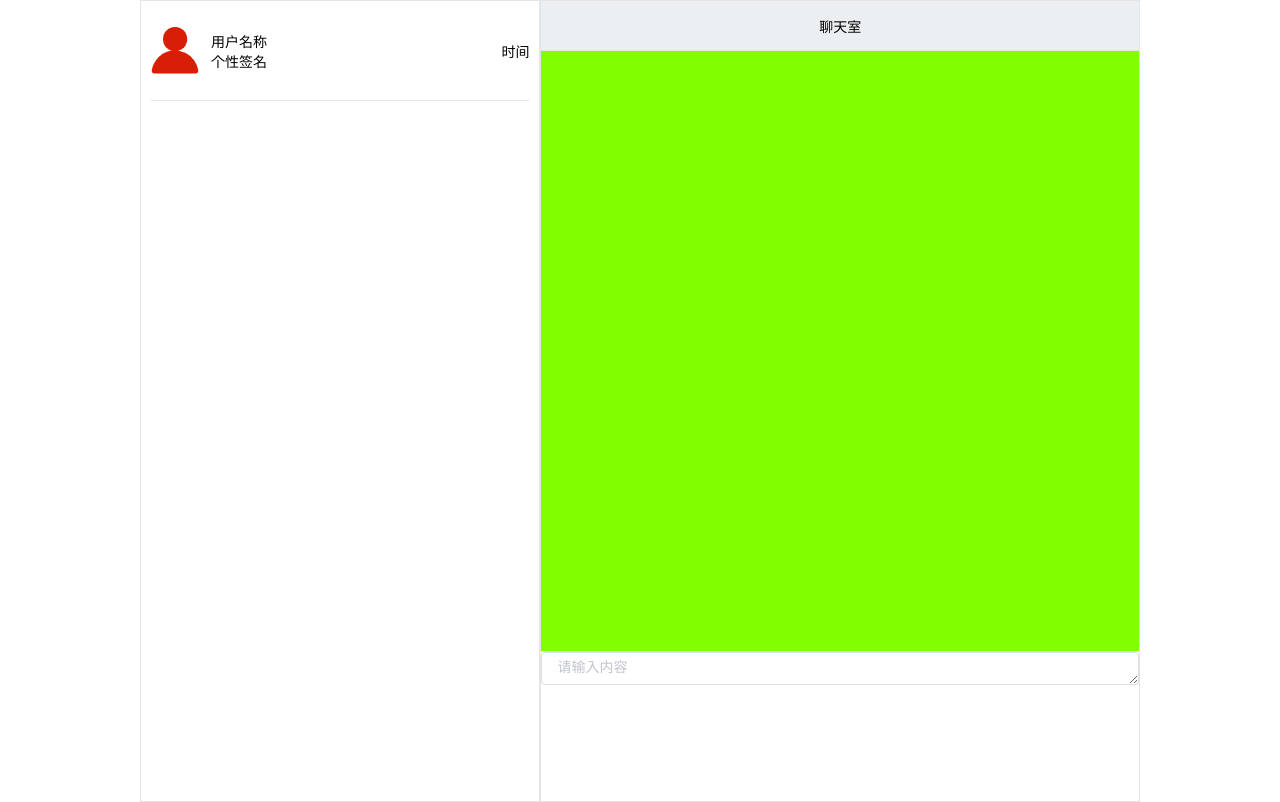
Repository: jinggegeZ/livechat
Page: /
These files come from the project's save history. The page is drawn as it stood at one moment and after the next save; the edit follows.
The browser window is 1280 px wide. The pictures show the whole page.
The project was rebuilt for these pictures with package versions that can differ from the ones it lists, and the page was loaded fresh each time.

Above is the page before, as saved 2020-08-17 11:41:21.

After the next save:
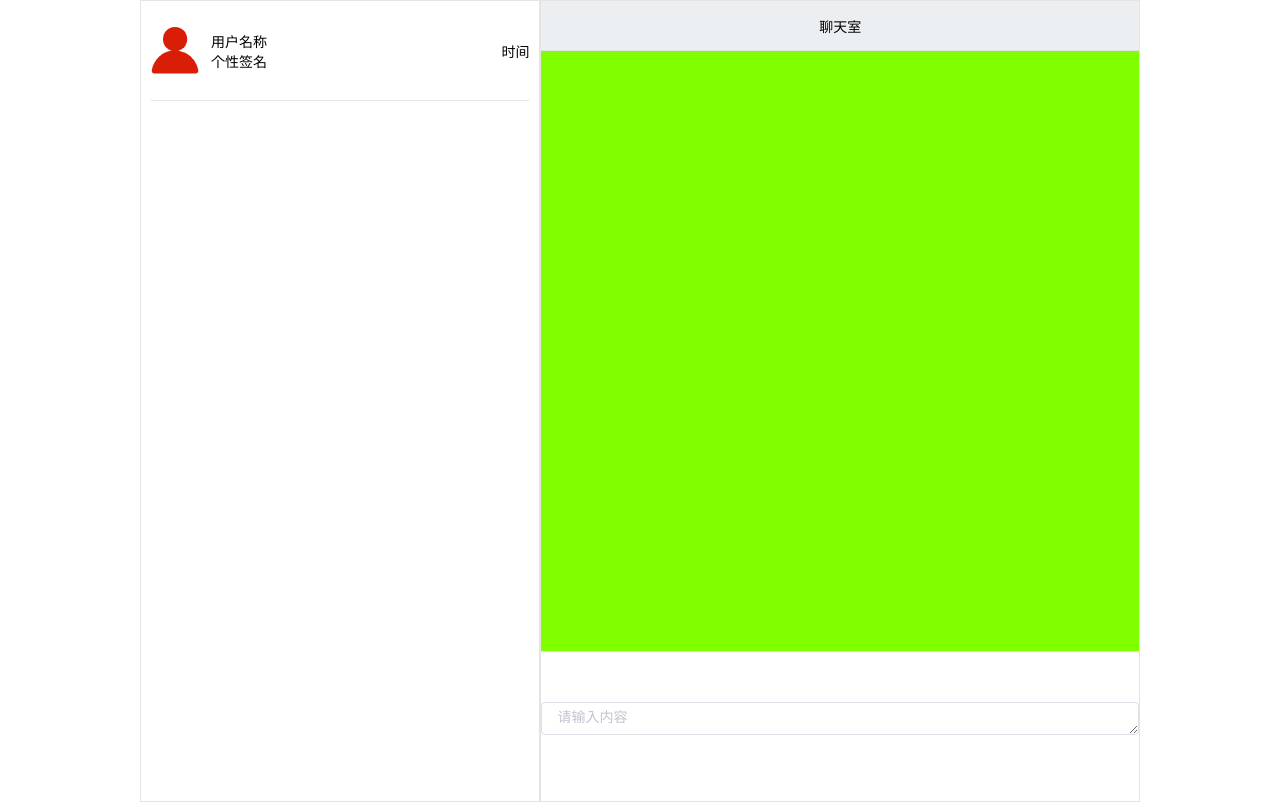
Saved 13 min 30 s later.
--- a/src/views/Home.vue
+++ b/src/views/Home.vue
@@ -29,6 +29,12 @@
               </div>
           </div>
           <div class="box2-2">
+            <div class="box2-2-1">
+              <div></div>
+              <div></div>
+              <div></div>
+              <div></div>
+            </div>
             <div>
             <el-input type="textarea" v-model="input" placeholder="请输入内容" prefix-icon="el-icon-map-location"  suffix-icon="el-icon-picture-outline" autosize="true"></el-input>
             </div>
@@ -129,4 +135,10 @@ export default {
   height: 600px;
   background: chartreuse;
 }
+.box2-2-1 {
+  width: 100%;
+  height: 50px;
+  display: flex;
+  align-items: center;
+}
 </style>
